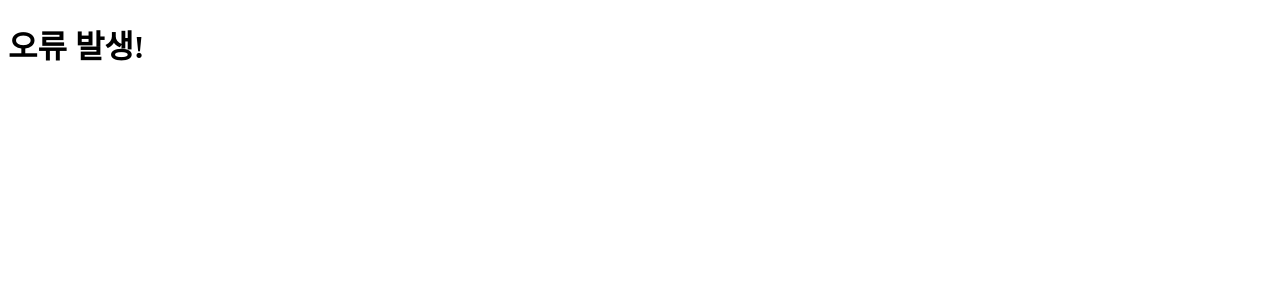
Repository: smjae96/Backup
Page: http://localhost/2_JSP/views/error500.jsp
The author's editor kept a copy of each file at every save. The page is drawn from the files as they stood at one save, then again after the next save.
The browser window is 1280 px wide. The pictures show the whole page.
The page is served by Tomcat 9.

Above is the page before, as saved 2024-03-07 03:37:49.

After the next save:
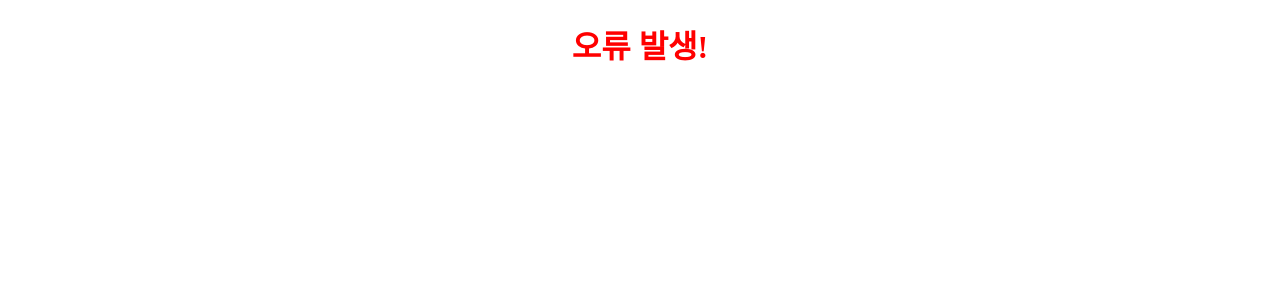
Saved 14 s later.
--- a/5_Servlet/2_JSP/src/main/webapp/views/error500.jsp
+++ b/5_Servlet/2_JSP/src/main/webapp/views/error500.jsp
@@ -7,6 +7,6 @@
 <title>Error page</title>
 </head>
 <body>
-	<h1>오류 발생!</h1>
+	<h1 align="center" style="color:red">오류 발생!</h1>
 </body>
 </html>
